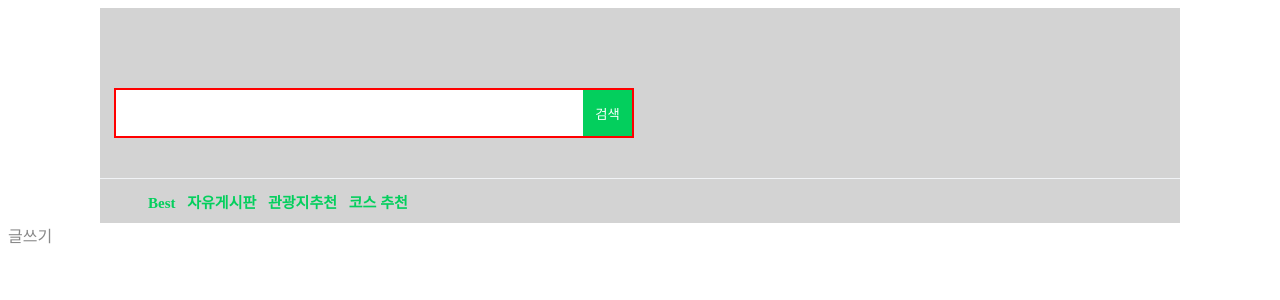
Repository: HJCroCat/project4
Page: http://localhost/koravle/boardMain.jsp
An editor plug-in stored every save of this project. The page is shown before and after the next save, followed by the edit.
The browser window is 1280 px wide. The pictures show the whole page.
The page is served by Tomcat 9. Nobody is signed in. The application's start-up code is not run.

Above is the page before, as saved 2021-12-10 10:24:35.

After the next save:
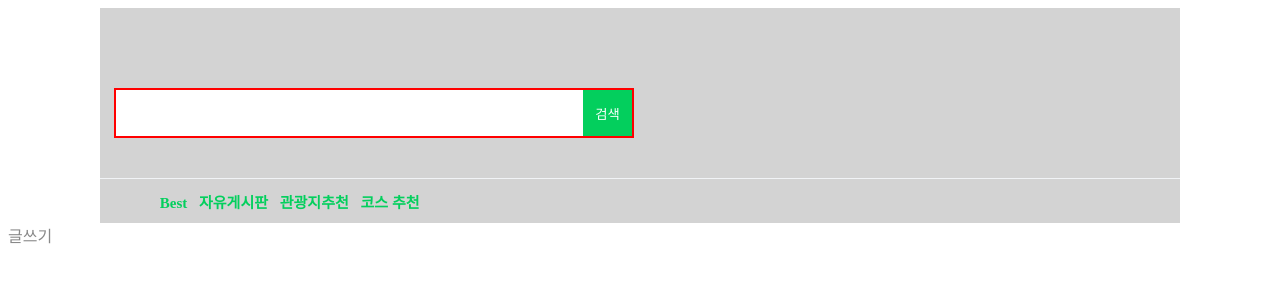
Saved 10 s later.
--- a/koravle/koravle/src/main/webapp/boardMain.jsp
+++ b/koravle/koravle/src/main/webapp/boardMain.jsp
@@ -24,7 +24,7 @@
 		<nav>
 			<div class="nav_items">
 				<ul>
-
+					<li></li>
 					<li><a href="/">Best</a></li>
 					<li><a href="/">자유게시판</a></li>
 					<li><a href="/">관광지추천</a></li>
